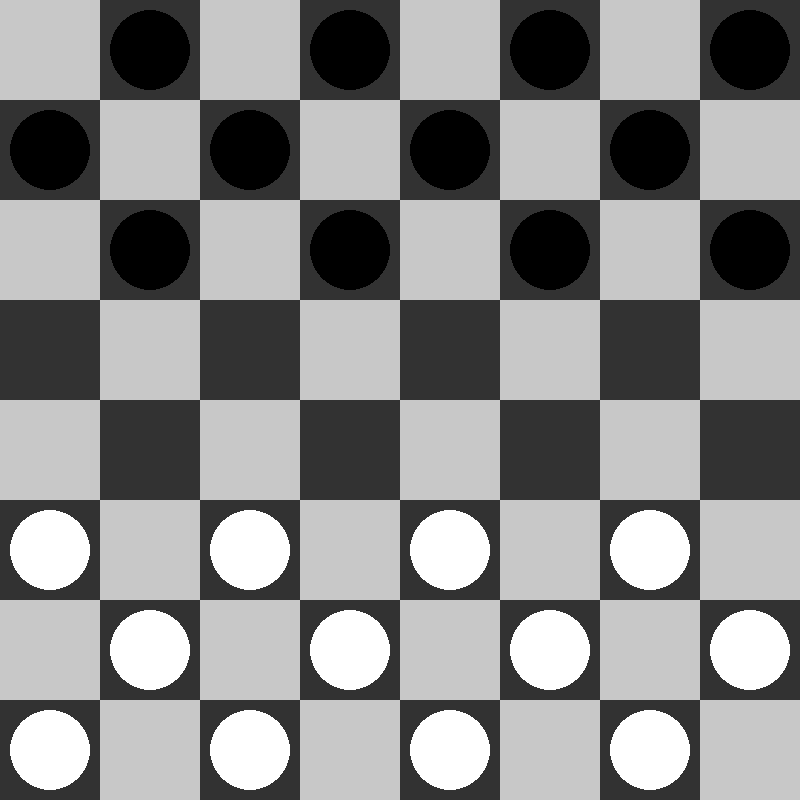
Repository: harrypepette/JeuDeDameMCTS
Script's output: python Nouveau dossier (2)/Jeu_dame/Main.py
These files come from the project's save history. The script's output is drawn as it stood at one moment and after the next save; the edit follows.
The window is shown after at most 60 frames with no key pressed. Random numbers start from a fixed seed.

Above is the script's output before, as saved 2025-04-12 16:44:08.

After the next save:
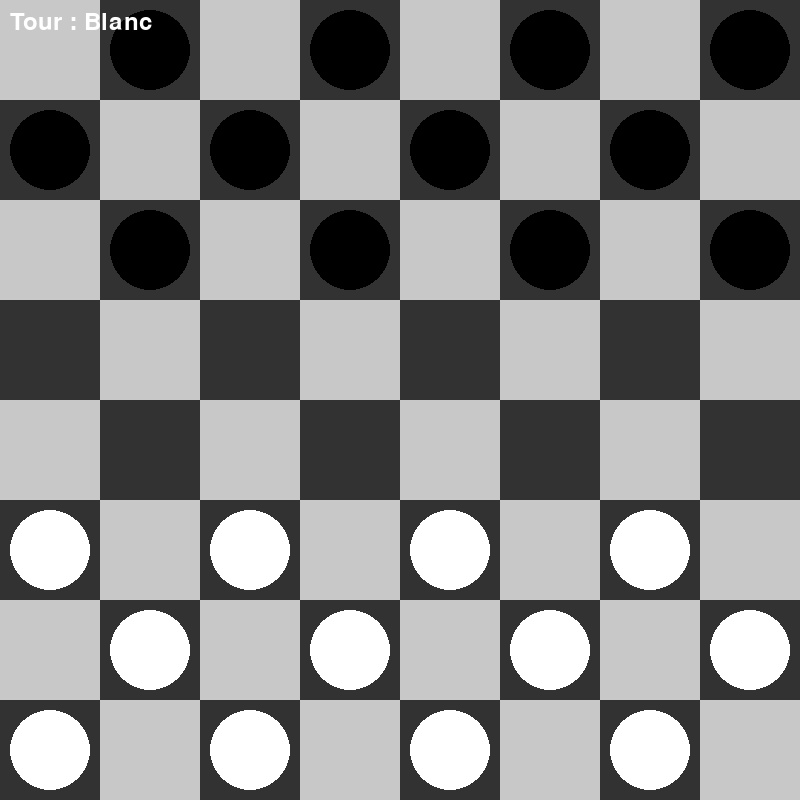
Saved 20 s later.
--- a/Nouveau dossier (2)/Jeu_dame/Jeu.py
+++ b/Nouveau dossier (2)/Jeu_dame/Jeu.py
@@ -56,8 +56,9 @@ class Jeu:
         """
         Méthode appelée pour dessiner l'écran.
         """
-        self.screen.fill((0, 0, 0))
+        self.screen.fill((0, 0, 0))  # Remplir l'écran avec une couleur noire
         self.plateau.afficher(self.screen, self.mouvements_possibles, self.cases_fin_manger)
+        self.afficher_tour()  # Afficher le texte indiquant le tour actuel
 
     def on_mouse_press(self, pos):
         """
